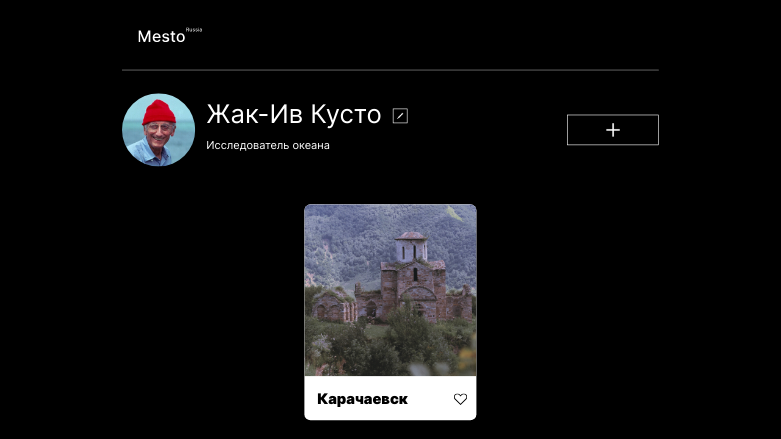
Repository: dyond/mesto
Page: index.html
An editor plug-in stored every save of this project. The page is shown before and after a run of saves, followed by the edit.
The browser window is 1280 px wide. The pictures show the whole page, at 61% of full size.

Above is the page before, as saved 2022-11-28 19:38:45.

After the next 3 saves:
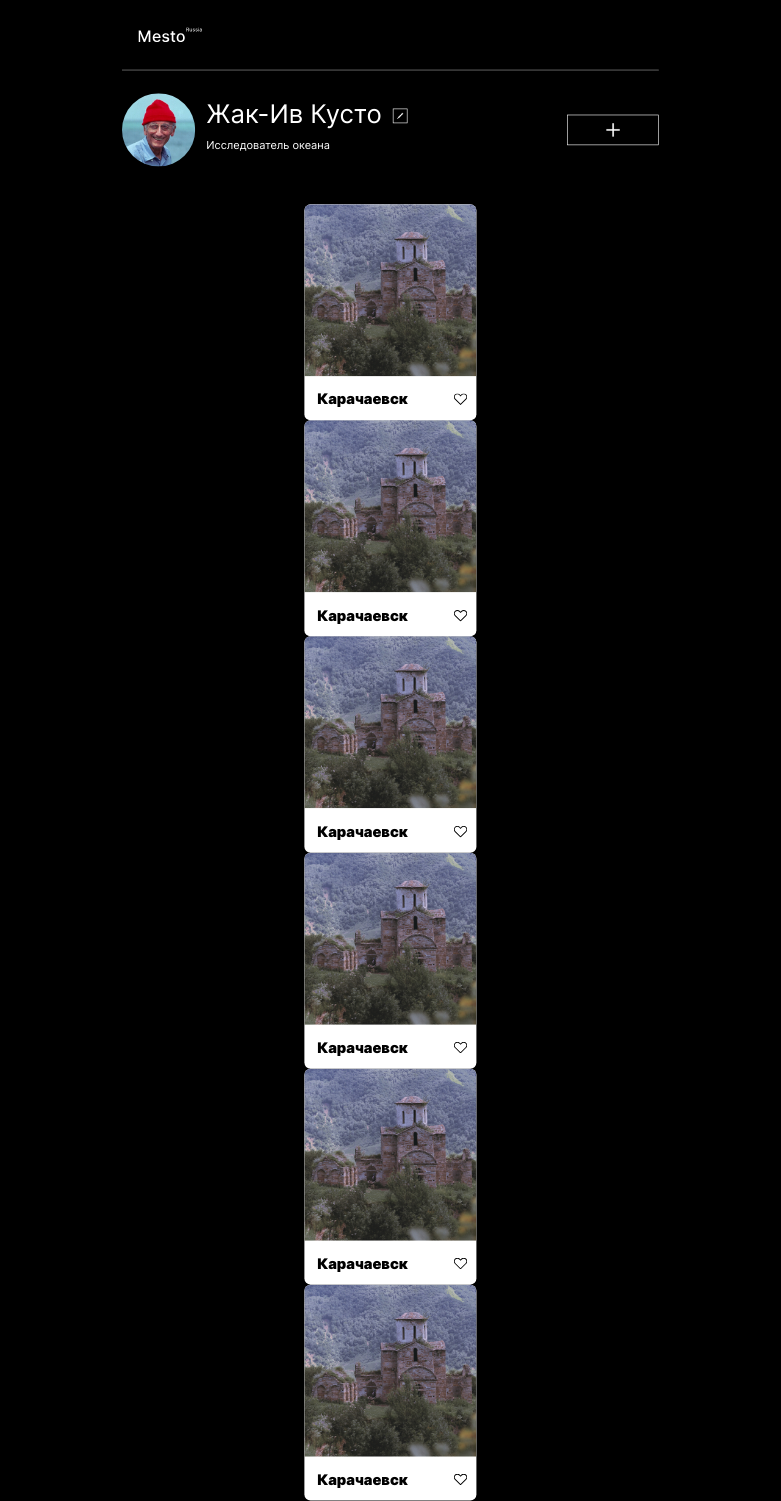
The 3 saves are shown as one change because they came seconds apart.
The last was saved 10 s later.
--- a/index.html
+++ b/index.html
@@ -40,6 +40,51 @@
             </button>
           </div>
         </div>
+        <div class="card">
+          <img src="images/kirill-pershin-1088404-unsplash.jpg" alt="" class="card__image">
+          <div class="card__group">
+            <h2 class="card__title">Карачаевск</h2>
+            <button class="card__button">
+              <img src="images/vector_3.svg" alt="">
+            </button>
+          </div>
+        </div>
+        <div class="card">
+          <img src="images/kirill-pershin-1088404-unsplash.jpg" alt="" class="card__image">
+          <div class="card__group">
+            <h2 class="card__title">Карачаевск</h2>
+            <button class="card__button">
+              <img src="images/vector_3.svg" alt="">
+            </button>
+          </div>
+        </div>
+        <div class="card">
+          <img src="images/kirill-pershin-1088404-unsplash.jpg" alt="" class="card__image">
+          <div class="card__group">
+            <h2 class="card__title">Карачаевск</h2>
+            <button class="card__button">
+              <img src="images/vector_3.svg" alt="">
+            </button>
+          </div>
+        </div>
+        <div class="card">
+          <img src="images/kirill-pershin-1088404-unsplash.jpg" alt="" class="card__image">
+          <div class="card__group">
+            <h2 class="card__title">Карачаевск</h2>
+            <button class="card__button">
+              <img src="images/vector_3.svg" alt="">
+            </button>
+          </div>
+        </div>
+        <div class="card">
+          <img src="images/kirill-pershin-1088404-unsplash.jpg" alt="" class="card__image">
+          <div class="card__group">
+            <h2 class="card__title">Карачаевск</h2>
+            <button class="card__button">
+              <img src="images/vector_3.svg" alt="">
+            </button>
+          </div>
+        </div>
       </section>
     </main>
   </div>
